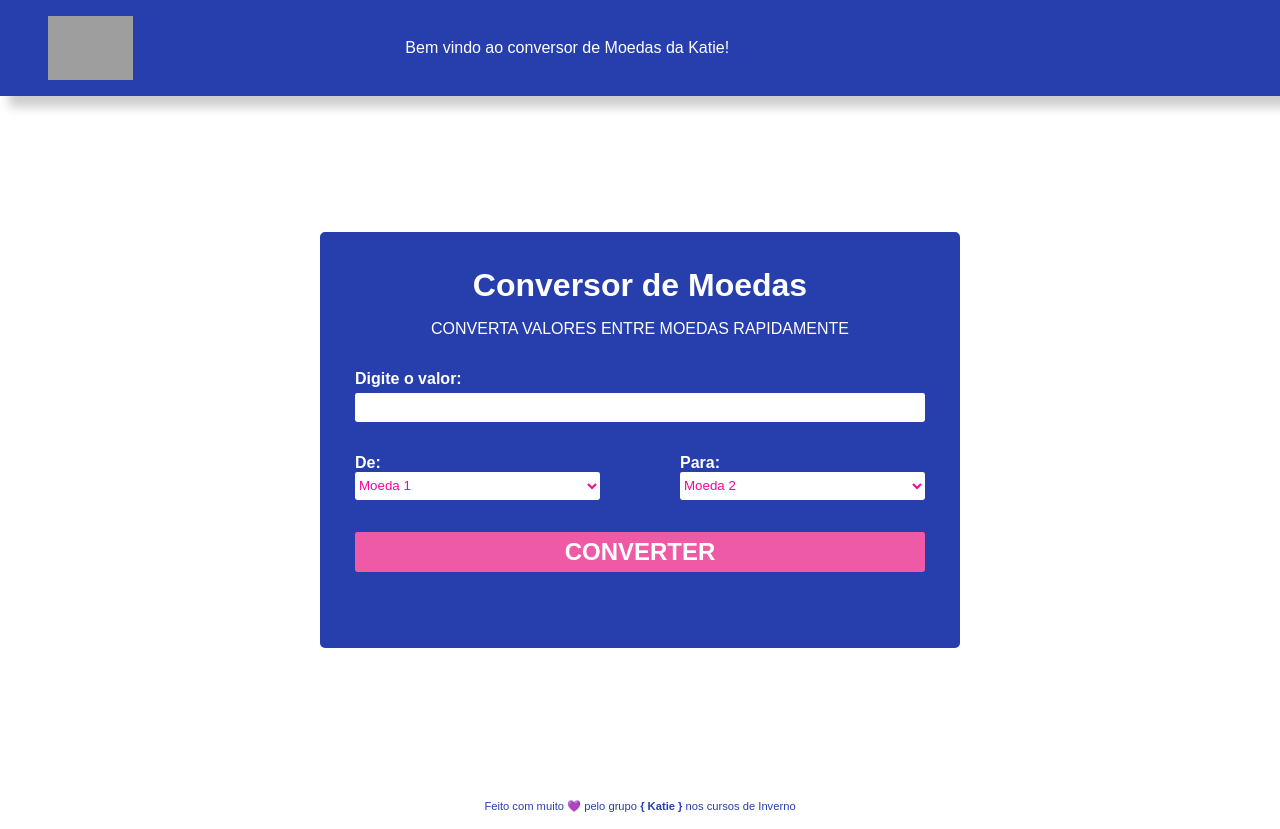
Repository: willamesalmeida/Conversor-de-Moedas
Page: index.html
These files come from the project's save history. The page is drawn as it stood at one moment and after the next save; the edit follows.
The browser window is 1280 px wide. The pictures show the whole page.
Pictures or frames that could not be fetched are drawn as grey boxes.

Above is the page before, as saved 2022-08-07 14:36:52.

After the next save:
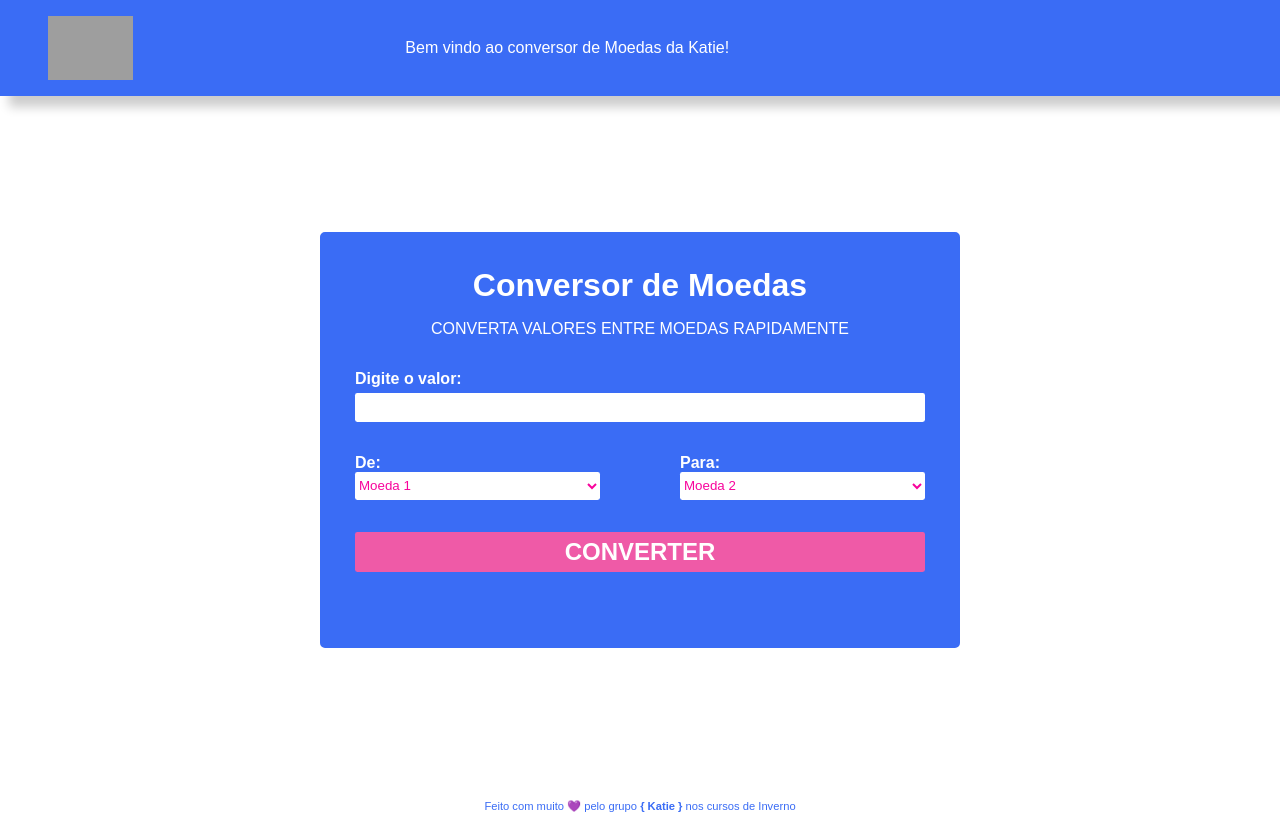
Saved 97 s later.
--- a/global.css
+++ b/global.css
@@ -5,7 +5,7 @@
   --cinza-katie: #1f1f24;
   --rosa-claro: #EF5AA7;
   --branco:  #ffffff;
-  --blue: #273fad;
+  --blue: #3A6CF5;
 }
 
 * {
